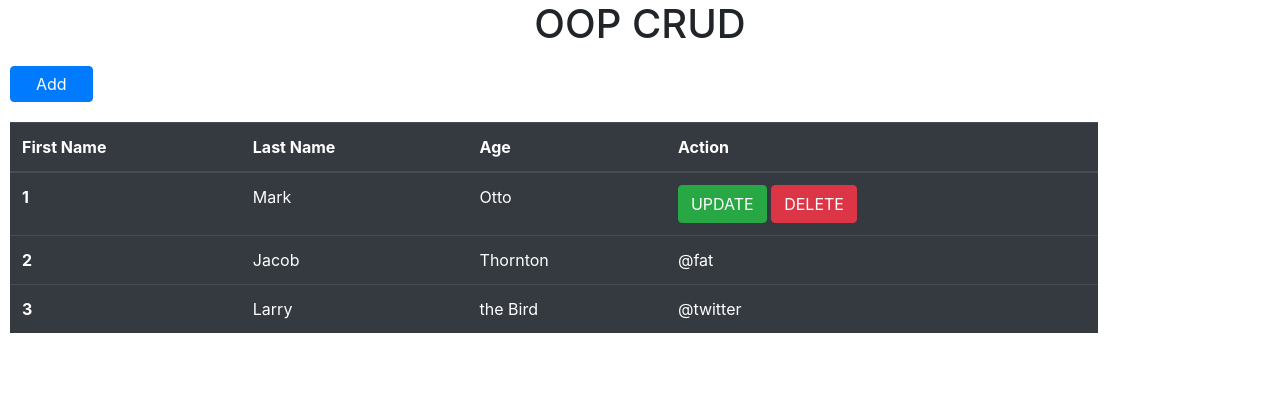
Repository: DhananjayaLakshan/PHP_CRUD_OOP1
Page: index.html
An editor plug-in stored every save of this project. The page is shown before and after the next save, followed by the edit.
The browser window is 1280 px wide. The pictures show the whole page.

Above is the page before, as saved 2023-11-30 11:01:04.

### index.html
<!DOCTYPE html>
<html lang="en">

<head>
    <meta charset="UTF-8">
    <meta name="viewport" content="width=device-width, initial-scale=1.0">
    <title>CRUD OOP</title>
    <link rel="stylesheet" href="https://cdn.jsdelivr.net/npm/bootstrap@4.5.3/dist/css/bootstrap.min.css"
        integrity="sha384-TX8t27EcRE3e/ihU7zmQxVncDAy5uIKz4rEkgIXeMed4M0jlfIDPvg6uqKI2xXr2" crossorigin="anonymous">
    <link rel="stylesheet" href="style.css">
    <script src="script.js"></script>
</head>

<body>

    <h1 style="text-align: center;">OOP CRUD</h1>

    <a href="#"><button class="btn btn-primary addButton" id="addButton">Add</button></a>


    <table class="table table-dark">
        <thead>
            <tr>

                <th scope="col">First Name</th>
                <th scope="col">Last Name</th>
                <th scope="col">Age</th>
                <th scope="col">Action</th>
            </tr>
        </thead>
        <tbody>
            <tr>
                <th>1</th>
                <td>Mark</td>
                <td>Otto</td>
                <td>
                    <button class="btn btn-success">UPDATE</button>
                    <button class="btn btn-danger">DELETE</button>
                </td>
            </tr>
            <tr>
                <th>2</th>
                <td>Jacob</td>
                <td>Thornton</td>
                <td>@fat</td>
            </tr>
            <tr>
                <th>3</th>
                <td>Larry</td>
                <td>the Bird</td>
                <td>@twitter</td>
            </tr>
        </tbody>
    </table>
















    <script src="https://code.jquery.com/jquery-3.5.1.slim.min.js"
        integrity="sha384-DfXdz2htPH0lsSSs5nCTpuj/zy4C+OGpamoFVy38MVBnE+IbbVYUew+OrCXaRkfj"
        crossorigin="anonymous"></script>
    <script src="https://cdn.jsdelivr.net/npm/bootstrap@4.5.3/dist/js/bootstrap.bundle.min.js"
        integrity="sha384-ho+j7jyWK8fNQe+A12Hb8AhRq26LrZ/JpcUGGOn+Y7RsweNrtN/tE3MoK7ZeZDyx"
        crossorigin="anonymous"></script>
</body>

</html>

### style.css
.addButton {
    padding: 5px 25px;
    margin: 10px;

}

.table{
    margin: 10px !important;
    width: 85%;

}

Loaded but not shown: script.js (no stored copy; drawn as an empty file)

After the next save:
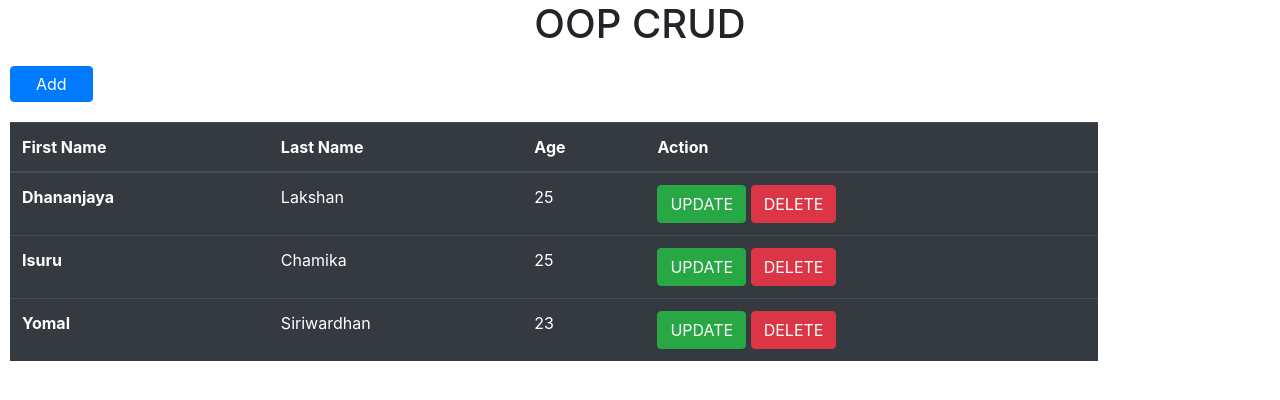
Saved 98 s later.
--- a/index.html
+++ b/index.html
@@ -30,25 +30,31 @@
         </thead>
         <tbody>
             <tr>
-                <th>1</th>
-                <td>Mark</td>
-                <td>Otto</td>
+                <th>Dhananjaya</th>
+                <td>Lakshan</td>
+                <td>25</td>
                 <td>
                     <button class="btn btn-success">UPDATE</button>
                     <button class="btn btn-danger">DELETE</button>
                 </td>
             </tr>
             <tr>
-                <th>2</th>
-                <td>Jacob</td>
-                <td>Thornton</td>
-                <td>@fat</td>
+                <th>Isuru</th>
+                <td>Chamika</td>
+                <td>25</td>
+                <td>
+                    <button class="btn btn-success">UPDATE</button>
+                    <button class="btn btn-danger">DELETE</button>
+                </td>
             </tr>
             <tr>
-                <th>3</th>
-                <td>Larry</td>
-                <td>the Bird</td>
-                <td>@twitter</td>
+                <th>Yomal</th>
+                <td>Siriwardhan</td>
+                <td>23</td>
+                <td>
+                    <button class="btn btn-success">UPDATE</button>
+                    <button class="btn btn-danger">DELETE</button>
+                </td>
             </tr>
         </tbody>
     </table>
